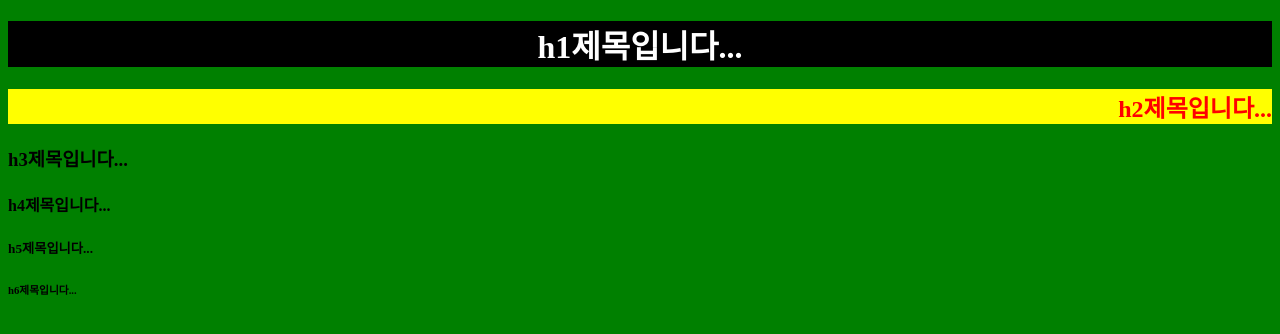
Repository: blinggg/html_git
Page: 0406/ex0406/WebContent/ex01.html
An editor plug-in stored every save of this project. The page is shown before and after the next save, followed by the edit.
The browser window is 1280 px wide. The pictures show the whole page.

Above is the page before, as saved 2020-04-06 00:47:18.

### 0406/ex0406/WebContent/ex01.html
<!DOCTYPE html>
<html>
<head>
<meta charset="UTF-8">
	<title>연습1</title>
	<style>
	h1{color:white;
	background:black;text-align:center;}

	h2{color:red;
	background:yellow;text-align:right;}

	body{background:green;}

	</style>
	<script>
	a=100;
	b=200;
	alert("a+b"+(a+b));


	</script>
</head>
<body>
	<!--  여기는 주석입니다... -->
	 <h1>h1제목입니다...</h1>
	 <h2>h2제목입니다...</h2>
	 <h3>h3제목입니다...</h3>
	 <h4>h4제목입니다...</h4>
	 <h5>h5제목입니다...</h5>
	 <h6>h6제목입니다...</h6>


</body>
</html>

After the next save:
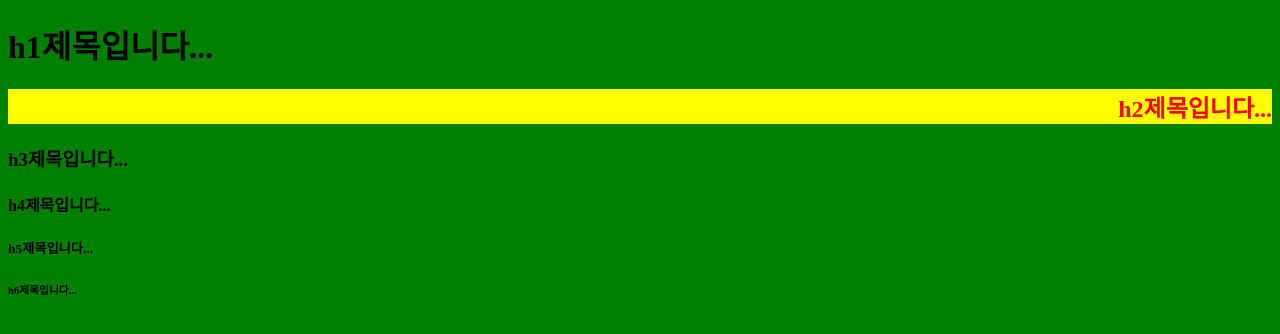
Saved 3 min 4 s later.
--- a/0406/ex0406/WebContent/ex01.html
+++ b/0406/ex0406/WebContent/ex01.html
@@ -4,6 +4,7 @@
 <meta charset="UTF-8">
 	<title>연습1</title>
 	<style>
+	<!--..... 겨수님... -->
 	h1{color:white;
 	background:black;text-align:center;}
 
@@ -14,9 +15,9 @@
 
 	</style>
 	<script>
-	a=100;
-	b=200;
-	alert("a+b"+(a+b));
+	//여기는 주석입니다.1~100까지의 합계
+	sum=0;
+
 
 
 	</script>
